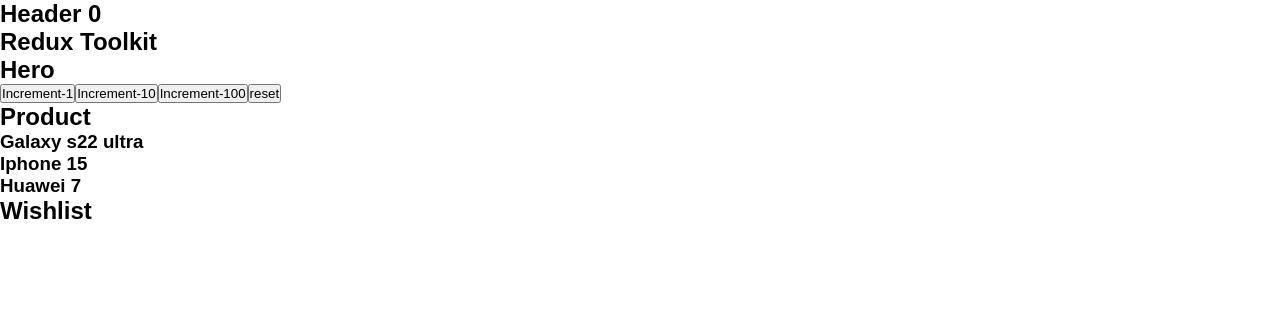
Repository: SitoraRashidova/userCrudFront
Page: /
The author's editor kept a copy of each file at every save. The page is drawn from the files as they stood at one save, then again after the next save.
The browser window is 1280 px wide. The pictures show the whole page.
The project was rebuilt for these pictures with package versions that can differ from the ones it lists, and the page was loaded fresh each time. Also part of the build but not shown: vite.config.js.

Above is the page before, as saved 2024-12-09 23:38:29.

After the next save:
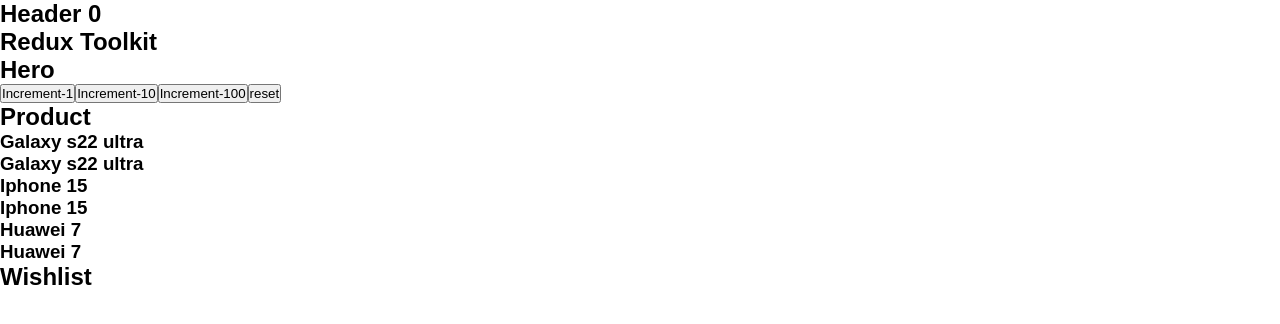
Saved 10 s later.
--- a/src/components/Product.jsx
+++ b/src/components/Product.jsx
@@ -21,15 +21,13 @@
   return (
     <div>
       <h2>Product</h2>
-      {
-      DATA?.map((item) => (
+      {DATA?.map((item) => (
         <div key={item.id}>
-            <h3>{item.title}</h3>
+          <h3>{item.title}</h3>
+          <h3>{item.title}</h3>
         </div>
-      ))
-    }
+      ))}
     </div>
-
   );
 };
 
